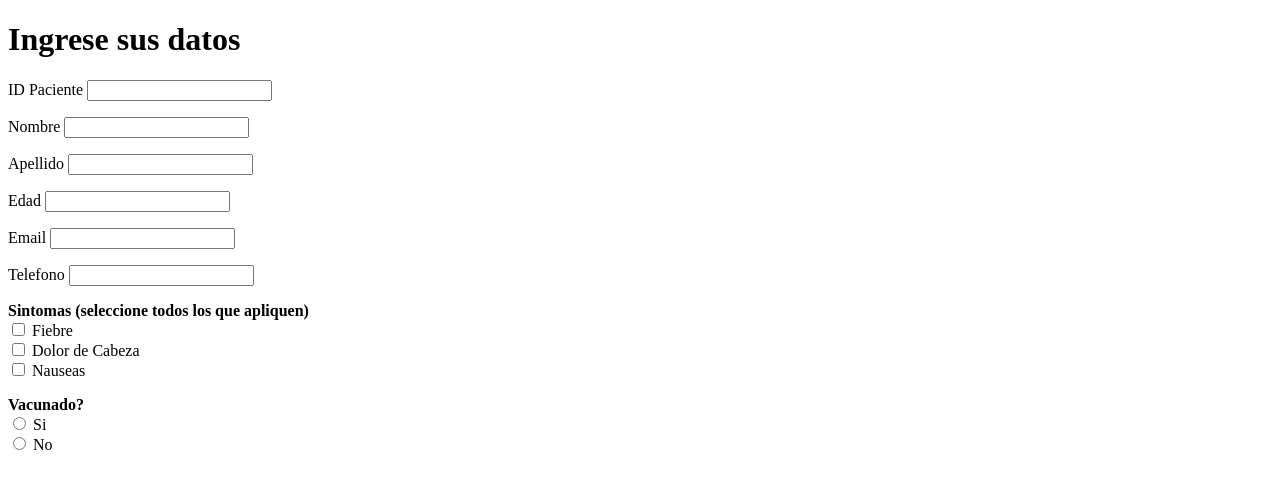
Repository: Divineridh/LPPAChallenges
Page: Trabajos en Clase/ejercicio forms covid/index.html
The author's editor kept a copy of each file at every save. The page is drawn from the files as they stood at one save, then again after the next save.
The browser window is 1280 px wide. The pictures show the whole page.

Above is the page before, as saved 2022-04-19 21:07:12.

After the next save:
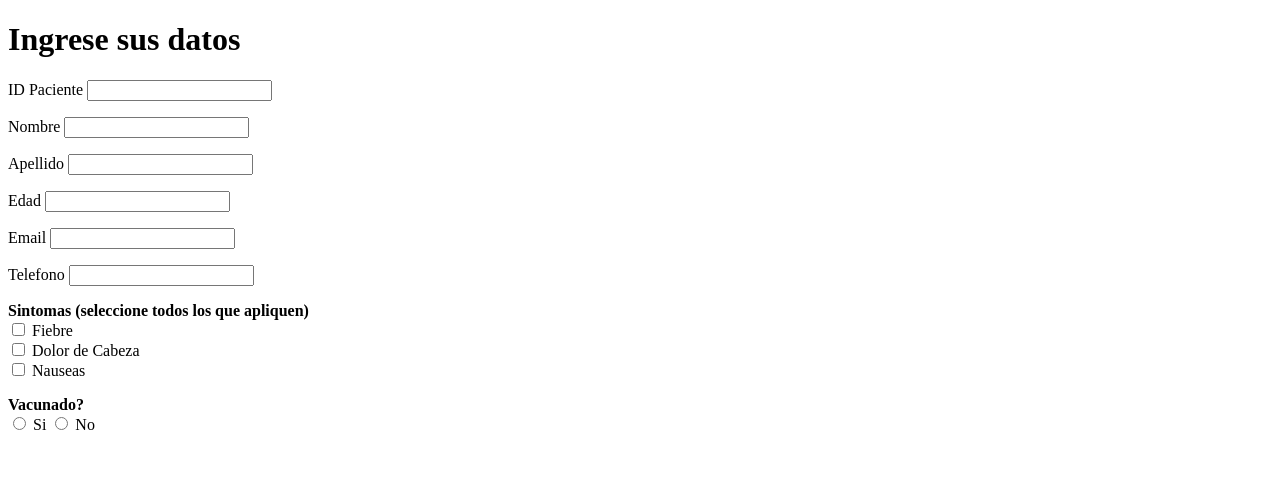
Saved 10 s later.
--- a/Trabajos en Clase/ejercicio forms covid/index.html
+++ b/Trabajos en Clase/ejercicio forms covid/index.html
@@ -45,7 +45,7 @@
         <p>
             <b>Vacunado?</b> <br>
             <input type="radio" id="sivacuna" name="sivacuna">
-            <label for="sivacuna">Si</label> <br>
+            <label for="sivacuna">Si</label>
             <input type="radio" id="novacuna" name="novacuna">
             <label for="novacuna">No</label>
         </p>
